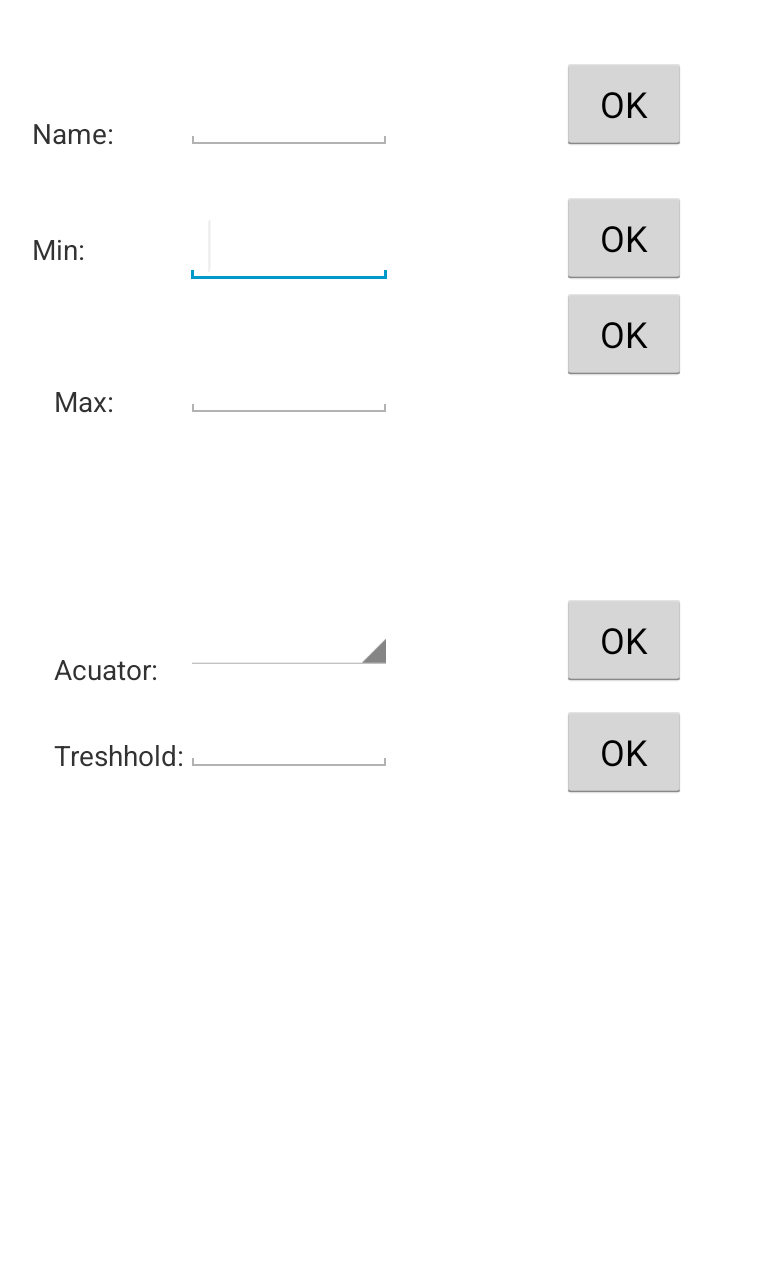
Repository: CTIS-SP-Team5/greenAgent
Layout: Android/GreenAgent/GreenAgent/res/layout/activity_view_setting.xml
An editor plug-in stored every save of this project. The layout is shown before and after the next save, followed by the edit.
It is drawn on a 768 x 1280 px phone screen (xhdpi) without system bars, with theme AppTheme; the app's code is not run.

Above is the layout before, as saved 2014-05-05 18:07:26.

After the next save:
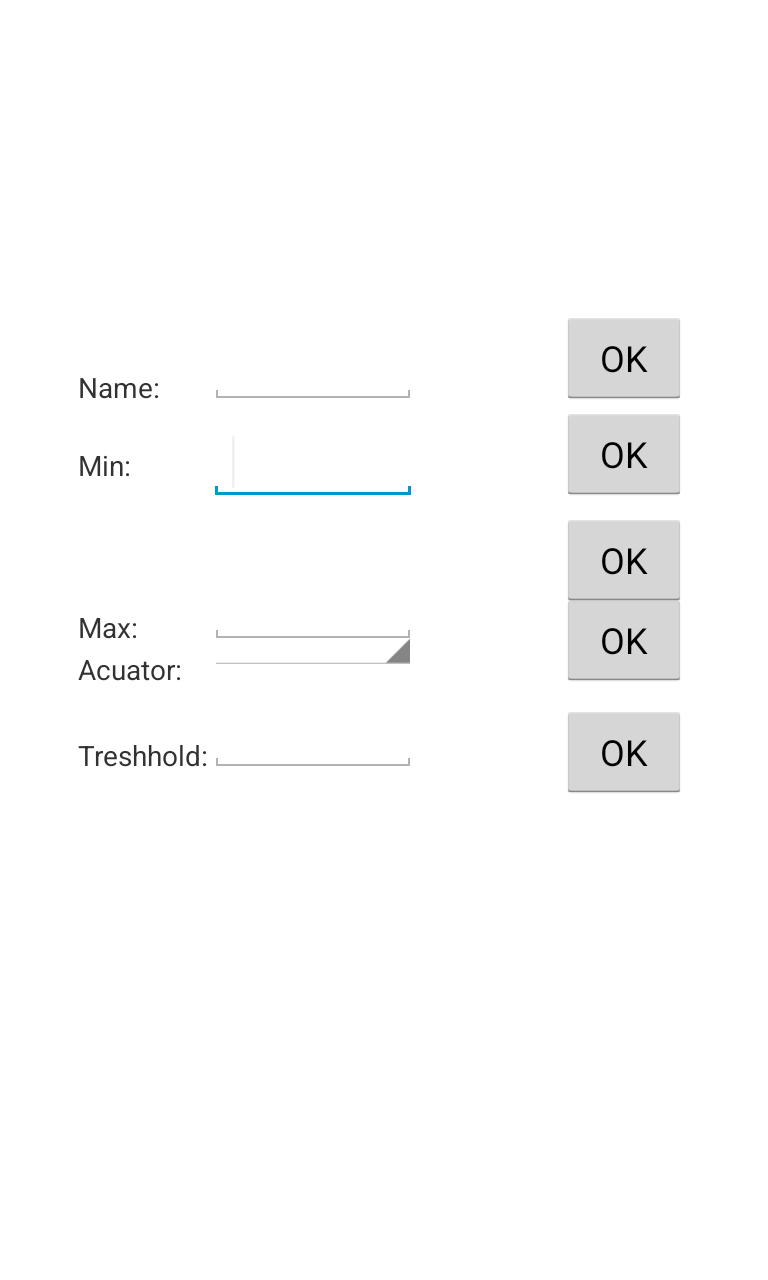
Saved 41 s later.
--- a/Android/GreenAgent/GreenAgent/res/layout/activity_view_setting.xml
+++ b/Android/GreenAgent/GreenAgent/res/layout/activity_view_setting.xml
@@ -7,23 +7,6 @@
     android:paddingRight="@dimen/activity_horizontal_margin"
     android:paddingTop="@dimen/activity_vertical_margin"
     tools:context=".ViewSettingActivity" >
-
-    <TextView
-        android:id="@+id/textView1"
-        android:layout_width="wrap_content"
-        android:layout_height="wrap_content"
-        android:layout_alignLeft="@+id/textView2"
-        android:layout_below="@+id/textView2"
-        android:layout_marginTop="39dp"
-        android:text="Min:" />
-
-    <TextView
-        android:id="@+id/textView2"
-        android:layout_width="wrap_content"
-        android:layout_height="wrap_content"
-        android:layout_alignParentTop="true"
-        android:layout_marginTop="41dp"
-        android:text="Name:" />
 
     <EditText
         android:id="@+id/editText1"
@@ -112,14 +95,6 @@
         android:layout_alignLeft="@+id/editText3"
         android:ems="5" />
 
-    <Button
-        android:id="@+id/button3"
-        android:layout_width="wrap_content"
-        android:layout_height="wrap_content"
-        android:layout_alignLeft="@+id/button2"
-        android:layout_below="@+id/editText2"
-        android:text="OK" />
-
     <TextView
         android:id="@+id/textView4"
         android:layout_width="wrap_content"
@@ -128,12 +103,38 @@
         android:layout_alignLeft="@+id/textView3"
         android:text="Acuator:" />
 
+    <Button
+        android:id="@+id/button3"
+        android:layout_width="wrap_content"
+        android:layout_height="wrap_content"
+        android:layout_above="@+id/spinner1"
+        android:layout_alignLeft="@+id/button2"
+        android:text="OK" />
+
+    <TextView
+        android:id="@+id/textView2"
+        android:layout_width="wrap_content"
+        android:layout_height="wrap_content"
+        android:layout_above="@+id/button2"
+        android:layout_alignParentLeft="true"
+        android:layout_marginLeft="23dp"
+        android:text="Name:" />
+
+    <TextView
+        android:id="@+id/textView1"
+        android:layout_width="wrap_content"
+        android:layout_height="wrap_content"
+        android:layout_above="@+id/button3"
+        android:layout_alignLeft="@+id/textView2"
+        android:layout_marginBottom="14dp"
+        android:text="Min:" />
+
     <TextView
         android:id="@+id/textView3"
         android:layout_width="wrap_content"
         android:layout_height="wrap_content"
-        android:layout_alignRight="@+id/textView2"
-        android:layout_below="@+id/button3"
+        android:layout_alignLeft="@+id/textView1"
+        android:layout_alignTop="@+id/spinner1"
         android:text="Max:" />
 
 </RelativeLayout>
